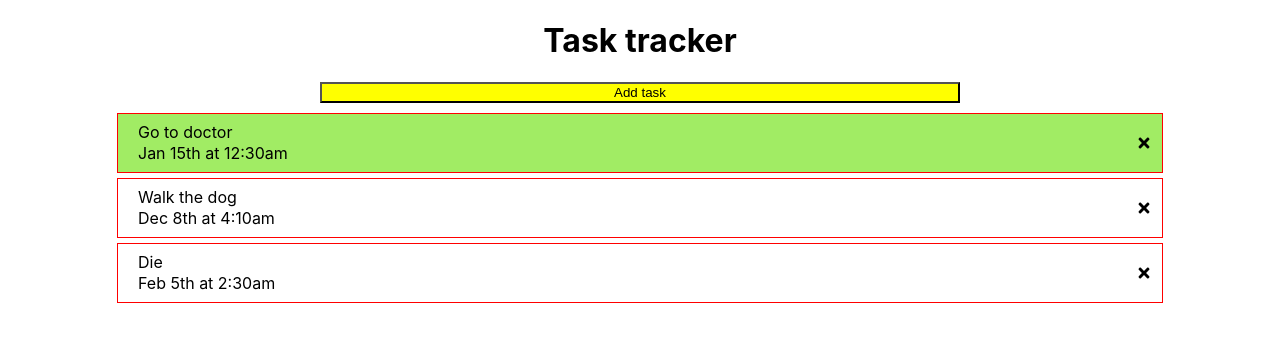
Repository: roscaImarius/task-tracker-react
Page: /
These files come from the project's save history. The page is drawn as it stood at one moment and after the next save; the edit follows.
The browser window is 1280 px wide. The pictures show the whole page.
The project was rebuilt for these pictures with package versions that can differ from the ones it lists, and the page was loaded fresh each time. Also part of the build but not shown: src/components/AddTask.js.

Above is the page before, as saved 2021-03-31 12:29:28.

After the next save:
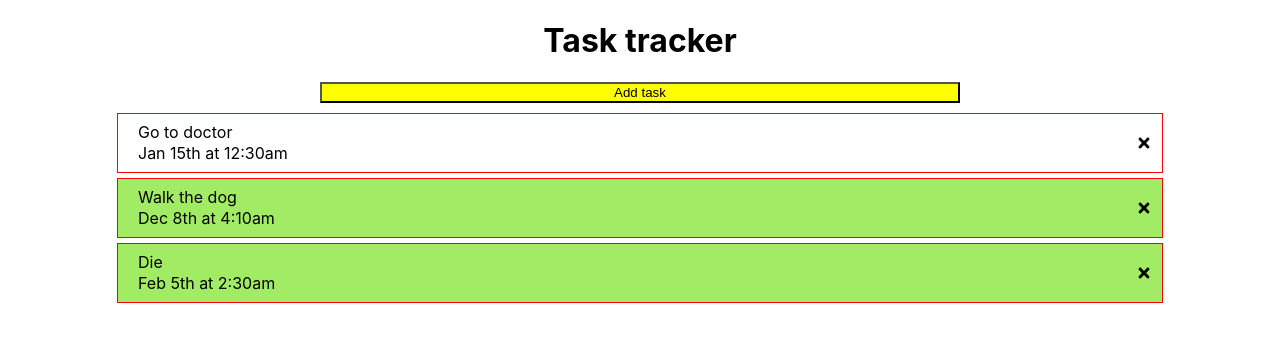
Saved 28 s later.
--- a/src/components/Task.js
+++ b/src/components/Task.js
@@ -5,7 +5,7 @@ const Task = ({ t, onDubleClick, onDelete }) => {
   return (
     <div
       onDoubleClick={() => onDubleClick(t.id)}
-      className={t.reminder ? " task" : "task marked"}
+      className={t.reminder === true ? "marked task" : "task"}
     >
       <div>
         <p>{t.text}</p>
